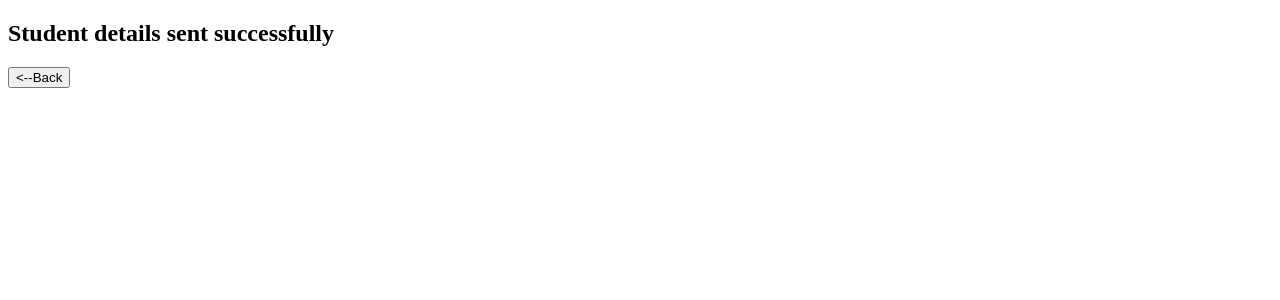
Repository: kluivert-ssali/Isaac_Meto
Page: d.html
An editor plug-in stored every save of this project. The page is shown before and after the next save, followed by the edit.
The browser window is 1280 px wide. The pictures show the whole page.

Above is the page before, as saved 2022-12-20 17:27:04.

### d.html
<!DOCTYPE html>
<html lang="en">
  <head>
    <meta charset="UTF-8" />
    <meta http-equiv="X-UA-Compatible" content="IE=edge" />
    <meta name="viewport" content="width=, initial-scale=1.0" />
    <title>Thankyou</title>
  </head>
  <body>
    <h2>Student details sent successfully</h2>
    <button href="./index.html"><--Back</button>
  </body>
</html>

After the next save:
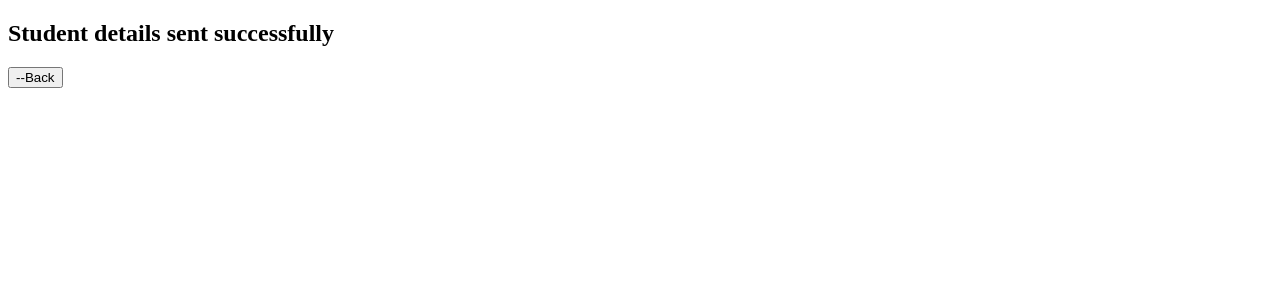
Saved 2 min 50 s later.
--- a/d.html
+++ b/d.html
@@ -8,6 +8,6 @@
   </head>
   <body>
     <h2>Student details sent successfully</h2>
-    <button href="./index.html"><--Back</button>
+    <button href="./index.html">--Back</button>
   </body>
 </html>
